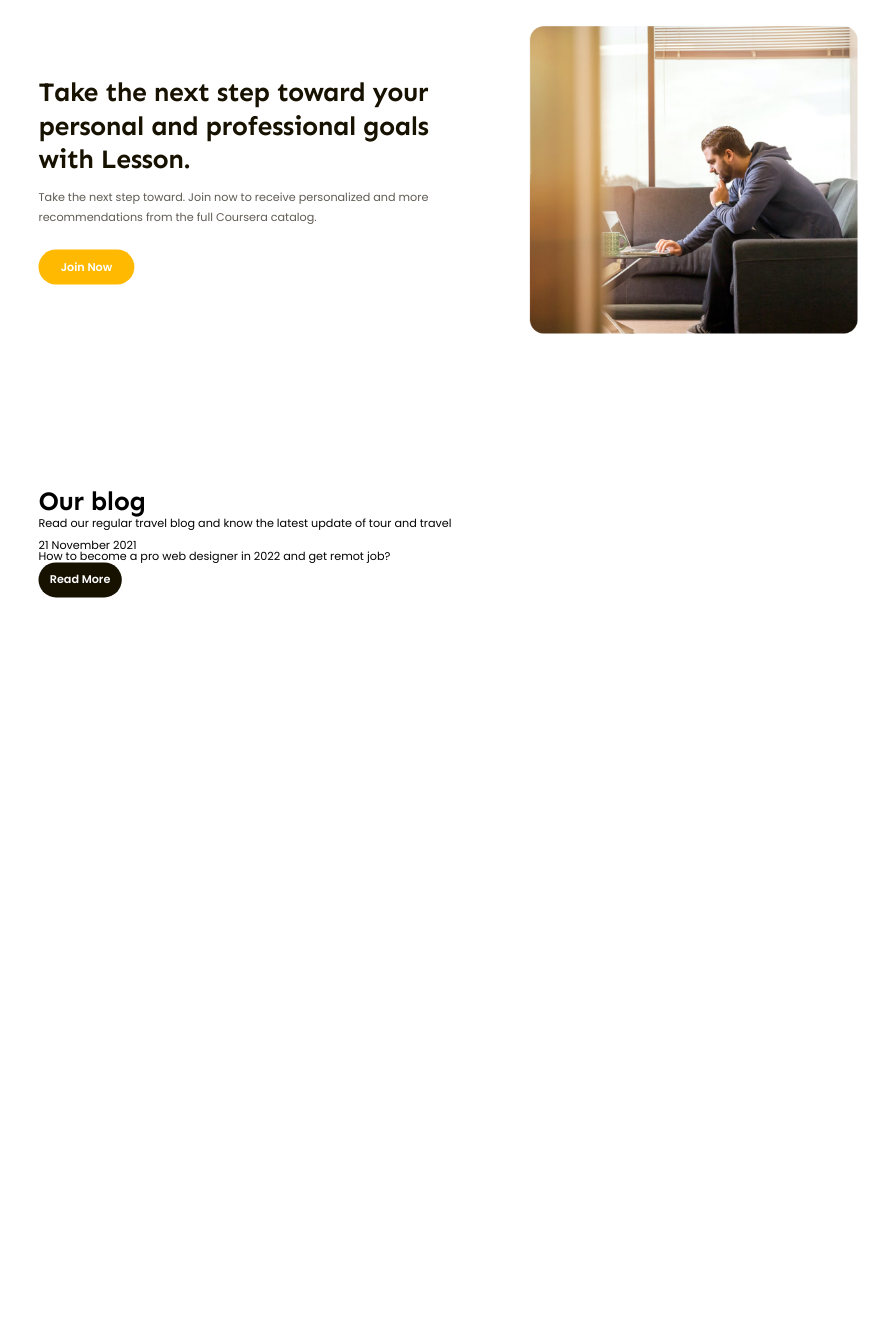
Repository: Toihoclaptrinh/duan1_figma
Page: index.html
The author's editor kept a copy of each file at every save. The page is drawn from the files as they stood at one save, then again after the next save.
The browser window is 1280 px wide. The pictures show the part of the page from y = 3148 to 5068 px (the page is 10000 px tall), at 70% of full size.

Above is the page before, as saved 2024-02-17 02:32:31.

After the next save:
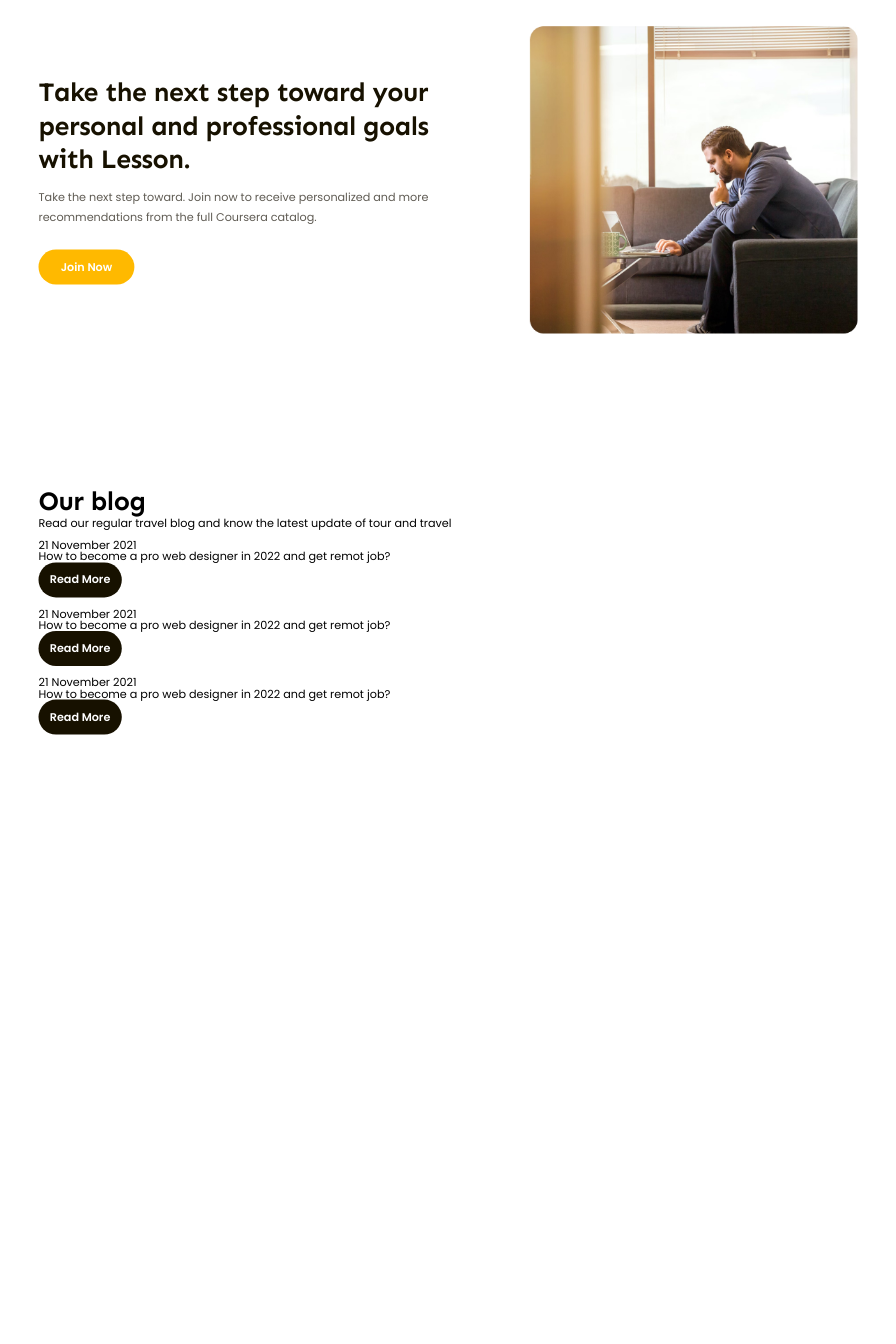
Saved 36 s later.
--- a/index.html
+++ b/index.html
@@ -326,8 +326,25 @@
               <a href="" class="btn">Read More</a>
             </div>
           </div>
-        </div>
-        <!-- item2 -->
+          <!-- item2 -->
+          <div class="blog-item">
+            <img src="" alt="" class="thumb">
+            <div class="blog-content">
+              <p class="date">21 November 2021</p>
+              <h3 class="title">How to become a pro web designer in 2022 and get remot job?</h3>
+              <a href="" class="btn">Read More</a>
+            </div>
+          </div>
+          <!-- item3 -->
+          <div class="blog-item">
+            <img src="" alt="" class="thumb">
+            <div class="blog-content">
+              <p class="date">21 November 2021</p>
+              <h3 class="title">How to become a pro web designer in 2022 and get remot job?</h3>
+              <a href="" class="btn">Read More</a>
+            </div>
+          </div>
+        </div>
       </div>
     </div>
     </main>
